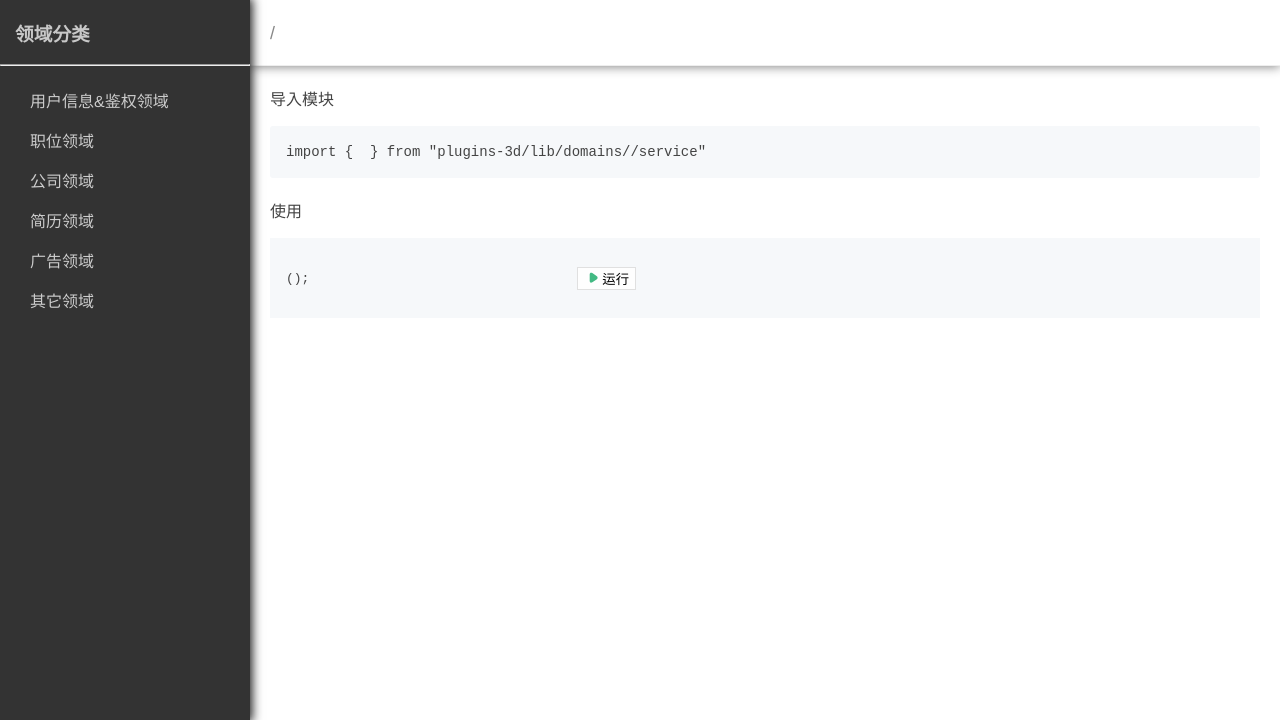
Repository: lsliangshan/inig-3d-doc
Page: /detail
The author's editor kept a copy of each file at every save. The page is drawn from the files as they stood at one save, then again after the next save.
The browser window is 1280 px wide. The pictures show the whole page.
An inner scrolling area shows only its first screen. The project was rebuilt for these pictures with package versions that can differ from the ones it lists, and the page was loaded fresh each time. Also part of the build but not shown: vue.config.js, src/components/HelloWorld.vue, src/views/Home.vue, src/components/User.vue, src/components/Position.vue, src/components/Company.vue, src/components/Resume.vue, src/components/Ads.vue and 1 more. Imported but missing from the stored project, and not drawn on this page: ../plugins-3d/lib/domains/job/service, ../plugins-3d/lib/domains/user/service.

Above is the page before, as saved 2019-08-08 22:45:00.

After the next save:
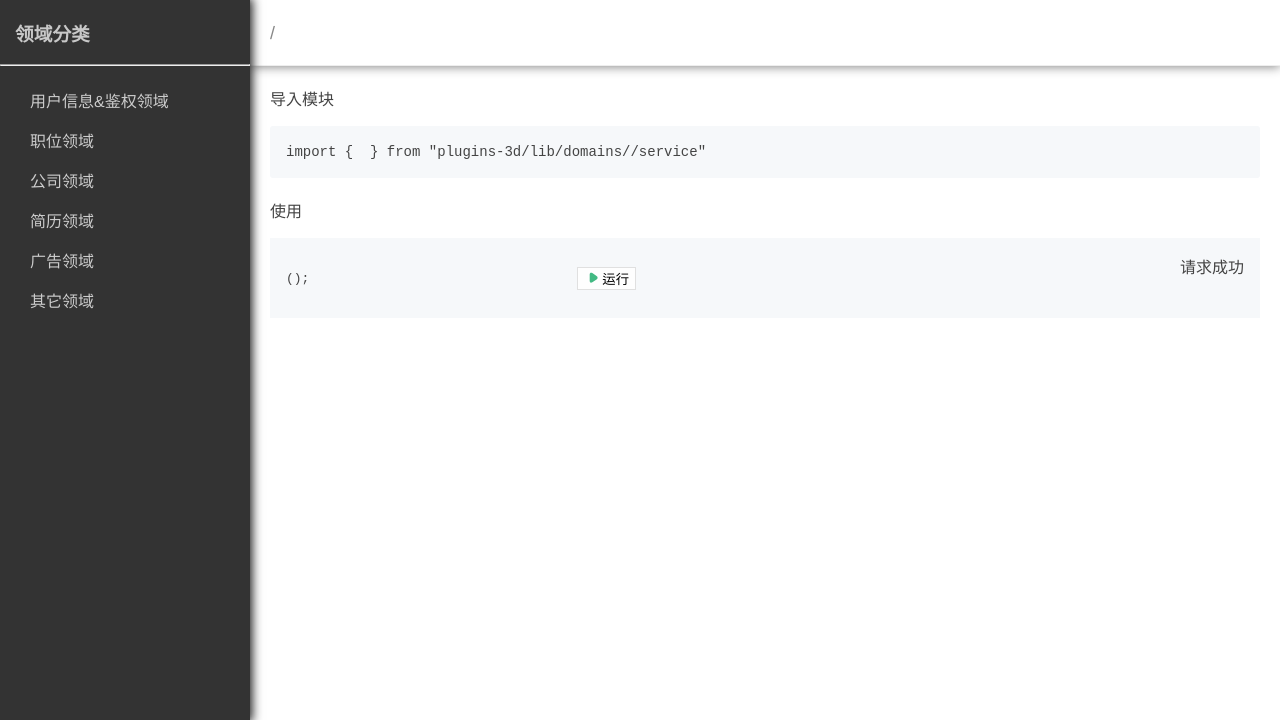
Saved 49 s later.
--- a/src/components/parts/DetailContent.vue
+++ b/src/components/parts/DetailContent.vue
@@ -39,7 +39,9 @@
             </button>
           </div>
         </form>
-        <div class="result_container"></div>
+        <div class="result_container">
+          <div class="result_status_container">请求成功</div>
+        </div>
       </div>
     </div>
     <div class="detail_content"
